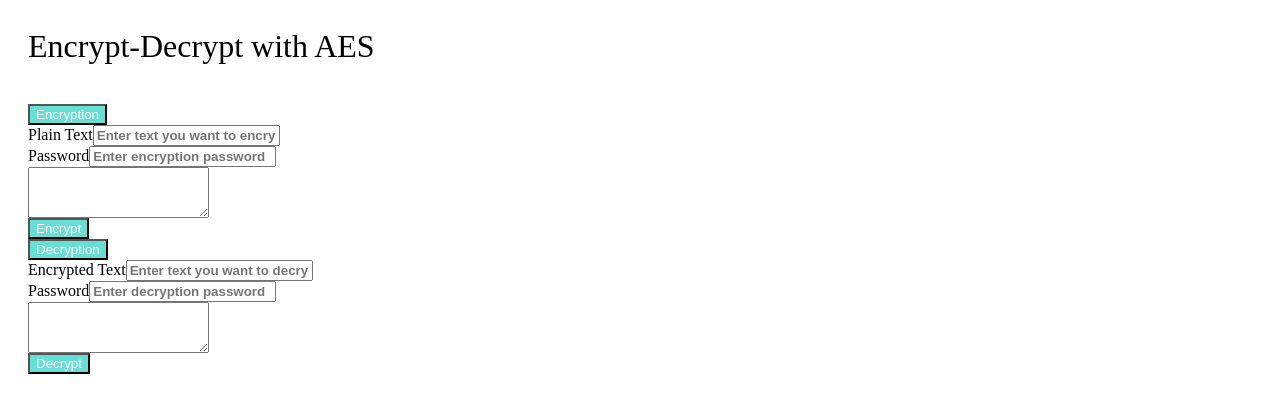
Repository: beardbytes/EncDecrypt
Page: / (app in EncryptDecrypt/)
The author's editor kept a copy of each file at every save. The page is drawn from the files as they stood at one save, then again after the next save.
The browser window is 1280 px wide. The pictures show the whole page.
The project was rebuilt for these pictures with package versions that can differ from the ones it lists, and the page was loaded fresh each time. Also part of the build but not shown: EncryptDecrypt/angular.json.

Above is the page before, as saved 2020-08-15 15:53:59.

After the next save:
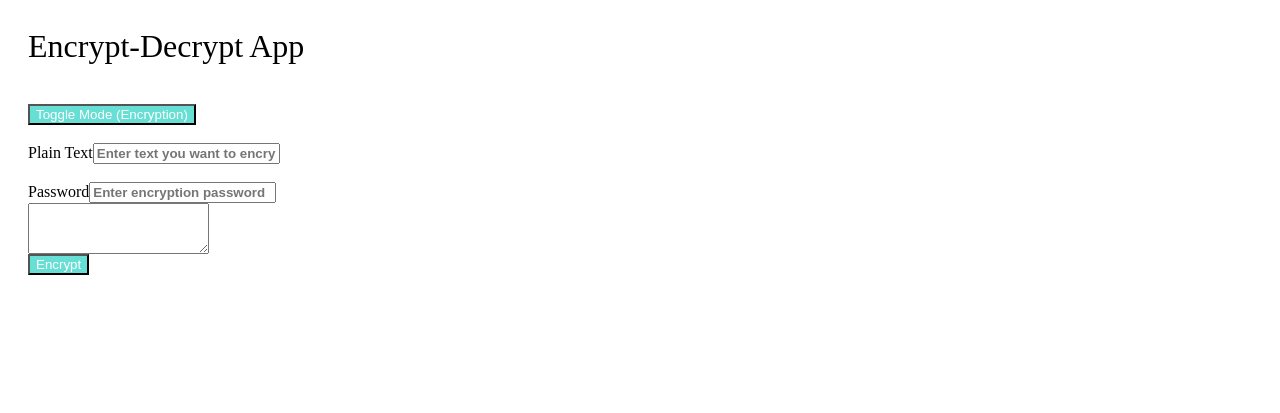
Saved 10 s later.
--- a/EncryptDecrypt/src/app/app.component.html
+++ b/EncryptDecrypt/src/app/app.component.html
@@ -1,43 +1,44 @@
-<h1 class="text-center">Encrypt-Decrypt with AES</h1>
+<h1 class="text-center">Encrypt-Decrypt App</h1>
 
 <br>
-<div>
-  <div class="row">
-    <div class="col-sm-6">
-      <button type="button" class="btn btn-primary btn-lg btn-block">
-        Encryption
-      </button>
-      <br>
-      <div class="form-group">
-        <label for="txtTextToConvert">Plain Text</label>
-        <input type="text" class="form-control" placeholder="Enter text you want to encrypt" [(ngModel)]="plainText">
-      </div>
 
-      <div class="form-group">
-        <label for="txtPassword">Password</label>
-        <input type="password" class="form-control" placeholder="Enter encryption password" [(ngModel)]="encPassword">
-      </div>
-      <textarea class="form-control" readonly rows="3">{{conversionEncryptOutput}}</textarea>
-      <br>
-      <button type="button" class="btn btn-success float-right" (click)="convertText('encrypt')">Encrypt</button>
-    </div>
-    <div class="col-sm-6">
-      <button type="button" class="btn btn-dark btn-lg btn-block">
-        Decryption
-      </button>
-      <br>
-      <div class="form-group">
-        <label for="txtTextToConvert">Encrypted Text</label>
-        <input type="text" class="form-control" placeholder="Enter text you want to decrypt" [(ngModel)]="encryptText">
-      </div>
+<button
+        type="button"
+        class="btn btn-primary btn-lg btn-block"
+        (click)="changeMode()">
 
-      <div class="form-group">
-        <label for="txtPassword">Password</label>
-        <input type="password" class="form-control" placeholder="Enter decryption password" [(ngModel)]="decPassword">
-      </div>
-      <textarea class="form-control" readonly rows="3">{{conversionDecryptOutput}}</textarea>
-      <br>
-      <button type="button" class="btn btn-success float-right" (click)="convertText('decrypt')">Decrypt</button>
-    </div>
-  </div>
+        Toggle Mode ({{ encryptMode ? "Encryption" : "Decryption" }})
+
+</button>
+
+<br>
+<br>
+
+<div class="form-group">
+  <label for="txtTextToConvert">{{ encryptMode ? "Plain" : "Encrypted" }} Text</label>
+  <input
+          type="text"
+          class="form-control"
+          id="txtTextToConvert"
+          placeholder="Enter text you want to {{ encryptMode ? 'encrypt' : 'decrypt' }}"
+          [(ngModel)]="textToConvert"
+  >
 </div>
+<br>
+
+<div class="form-group">
+  <label for="txtPassword">Password</label>
+  <input
+          type="password"
+          class="form-control"
+          id="txtPassword"
+          placeholder="Enter {{ encryptMode ? 'encryption' : 'decryption' }} password"
+          [(ngModel)]="password"
+  >
+</div>
+
+<textarea class="form-control" readonly rows="3">{{conversionOutput}}</textarea>
+
+<br>
+
+<button type="button" class="btn btn-success" (click)="convertText()">{{ encryptMode ? "Encrypt" : "Decrypt" }}</button>
